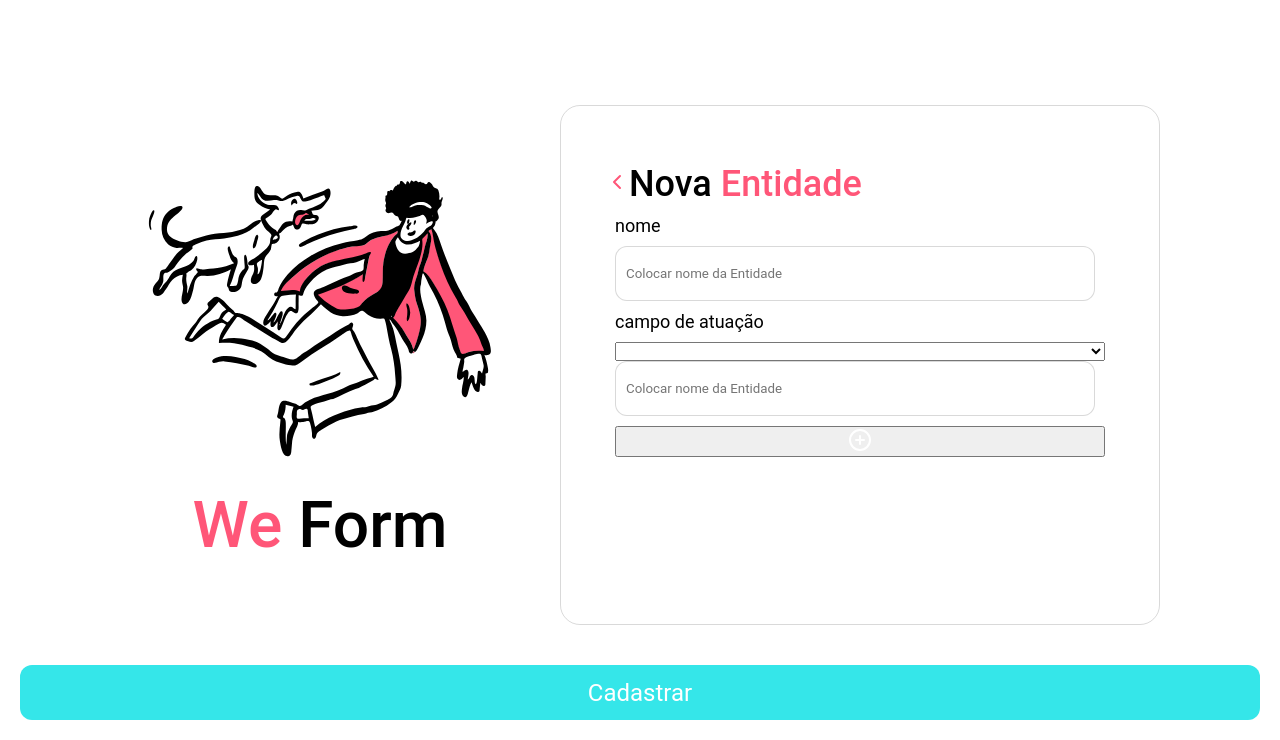
Repository: guilhermecardoso93/we-form
Page: nova-entidade.html
The author's editor kept a copy of each file at every save. The page is drawn from the files as they stood at one save, then again after the next save.
The browser window is 1280 px wide. The pictures show the whole page.
Some web libraries are served in a nearby version.

Above is the page before, as saved 2024-06-09 18:36:34.

### nova-entidade.html
<!DOCTYPE html>
<html lang="pt-BR">

    <head>
        <meta charset="UTF-8">
        <meta name="viewport" content="width=device-width, initial-scale=1.0">
        <link rel="stylesheet"
            href="https://cdnjs.cloudflare.com/ajax/libs/font-awesome/5.13.1/css/all.min.css">
        <link rel="stylesheet" href="./styles.css">
        <title>We Form</title>
    </head>

    <body>
        <div class="content">

            <aside>
                <img src="./assets/hero.svg"
                    alt="Ilustração mulher com cachorro" />
                <h1>
                    <span>We</span> Form
                </h1>
            </aside>

            <main>
                <div class="header">
                    <a href="/">
                        <img src="./assets/arrow-back.svg" alt="seta" />
                        </a href="/">
                        <h2>Nova <span>Entidade</span></h2>
                    </div>

                    <form>
                        <label form="nome">Nome</label>
                        <input type="text"
                            placeholder="Colocar nome da Entidade" id="nome">

                        <label form="field">Campo de Atuação</label>
                        <select type=""
                            placeholder="Colocar o campo de Atuação da Entidade"
                            id="field">

                        <div class="points-things">
                            <label form="points">Pontos de coleta</label>

                            <input type="text"
                                placeholder="Colocar nome da Entidade"
                                id="points">
                            <button>
                                <img src="./assets/plus.svg" alt />
                            </button>

                        </div>
                    </form>
                    <div class="buttons">
                        <button>
                            <a href="http://">Cadastrar </a>
                        </div>

                    </main>
                </div>
            </body>

        </html>

### styles.css
* {
  padding: 0;
  margin: 0;
  box-sizing: border-box;
  font-family: Roboto, sans-serif;
}

:root {
  font-size: 62.5%;
  --border-color: .1rem solid rgba(0, 0, 0, 0.15);
}

body {
  font-size: 1.6rem;
  text-decoration: none;
}

button {
  cursor: pointer;
}

.content {
  display: flex;
  flex-wrap: wrap-reverse;
  align-items: center;
  justify-content: center;
  gap: 4rem;
  margin: 10.5rem 0 4rem 0;
}


aside {
  display: flex;
  flex-direction: column;
  align-items: center;
  justify-content: center;
  gap: 2rem;
}

aside h1 {
  font-size: 6.4rem;
  font-weight: 500;
  line-height: 75px;
}

aside h1>span, main h2>span {
  color: #FF5678;
}

aside img {
  width: 40rem;
}


main {
  width: 60rem;
  height: 52rem;
  border: var(--border-color);
  border-radius: 20px;
  padding: 5.7rem 4.4rem;
  position: relative;
}

main h2 {
  max-width: 43rem;
  font-size: 3.6rem;
  font-weight: 500;
}

.buttons {
  display: flex;
  flex-direction: column;
  justify-content: center;
  gap: 3.5rem;
  margin: 2rem;
}


.buttons button {
  background-color: #35e6e9;
  height: 5.5rem;
  border: none;
  border-radius: 12px;
}

.buttons button:hover {
  opacity: 0.5;
}

.buttons button a {
  text-decoration: none;
  color: #fff;
  font-size: 2.4rem;
}

.buttons button+button {
  background-color: #FF5678;
}

.footer {
  display: flex;
  flex-direction: column;
  align-items: center;
  justify-content: center;
  gap: 1rem;
}

.footer p {
  font-size: 1.6rem;
  margin-top: 8rem;
}

.footer a {
  font-size: 1.2rem;
  color: #000;
  text-decoration: none;
}

main form {
  display: flex;
  flex-direction: column;
  padding: 1rem;
}

main form input {
  width: 48rem;
  height: 5.5rem;
  background-color: #ffff;
  border: var(--border-color);
  border-radius: 12px;
  padding: 1rem;
  margin-bottom: 1rem;
}


main form label {
  font-size: 1.8rem;
  font-weight: 400;
  text-transform: lowercase;
  margin-bottom: 1rem;
  display: block;
}

.header {
  display: flex;
  align-items: center;
}

.points-things {
  display: flex;
  flex-direction: column;
  justify-content: space-between;
  align-items: start;
  gap: 0.5rem;
  position: relative;
}

.points-things button {
  display: flex;
  border: none;
  border-radius: 50px;
  height: 30px;
  width: 30px;
  align-items: center;
  justify-content: center;
  background-color: #35e6e9;
  position: absolute;
  right: -2.8rem;
  top: calc(2.7rem + 2.2rem);
  cursor: pointer;
}

### assets/arrow-back.svg
<svg xmlns="http://www.w3.org/2000/svg" width="24" height="24" viewBox="0 0 24 24" fill="none" stroke="#FF5678" stroke-width="2" stroke-linecap="round" stroke-linejoin="round" class="lucide lucide-chevron-left"><path d="m15 18-6-6 6-6"/></svg>

### assets/plus.svg
<svg xmlns="http://www.w3.org/2000/svg" width="24" height="24" viewBox="0 0 24 24" fill="none" stroke="#fff" stroke-width="2" stroke-linecap="round" stroke-linejoin="round" class="lucide lucide-circle-plus"><circle cx="12" cy="12" r="10"/><path d="M8 12h8"/><path d="M12 8v8"/></svg>

After the next save:
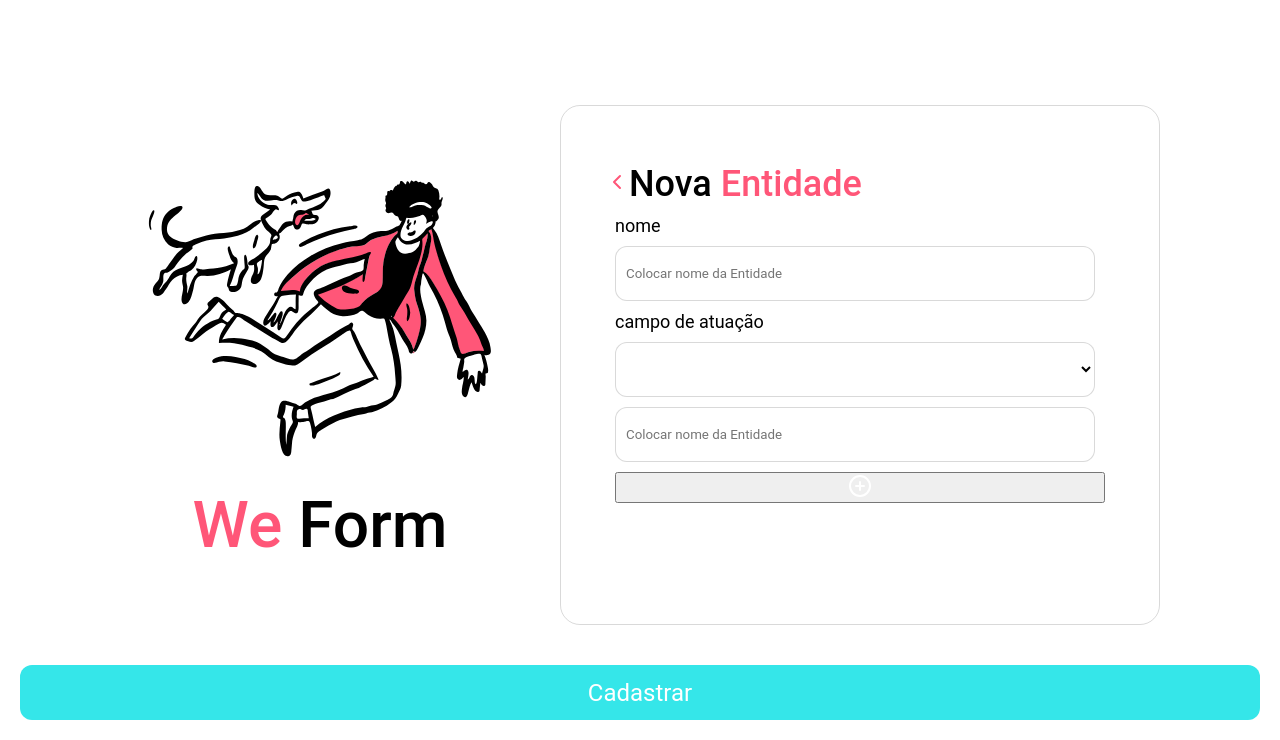
Saved 18 s later.
--- a/styles.css
+++ b/styles.css
@@ -122,7 +122,7 @@
   padding: 1rem;
 }
 
-main form input {
+main form input, main form select {
   width: 48rem;
   height: 5.5rem;
   background-color: #ffff;

After the 2 saves that followed:
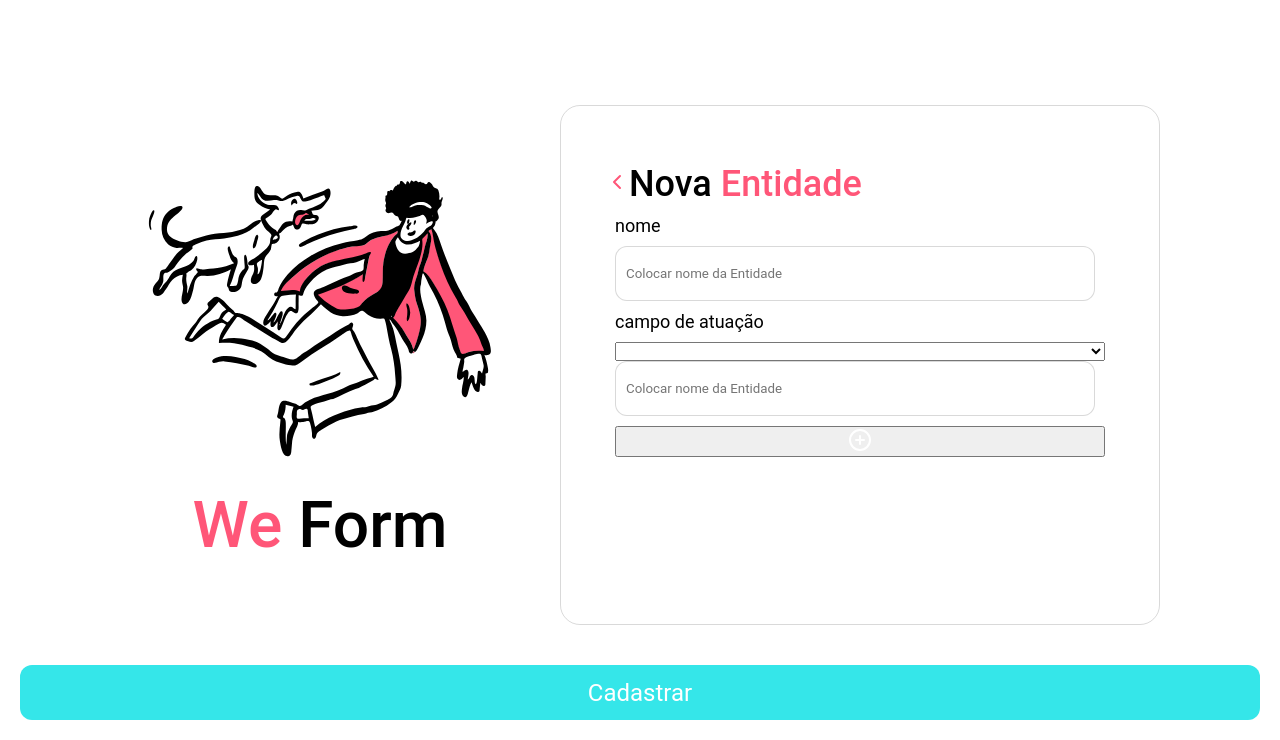
The 2 saves are shown as one change because 1 left the picture as it was.
The last was saved 26 s later.
--- a/styles.css
+++ b/styles.css
@@ -122,7 +122,7 @@
   padding: 1rem;
 }
 
-main form input, main form select {
+main form input {
   width: 48rem;
   height: 5.5rem;
   background-color: #ffff;
